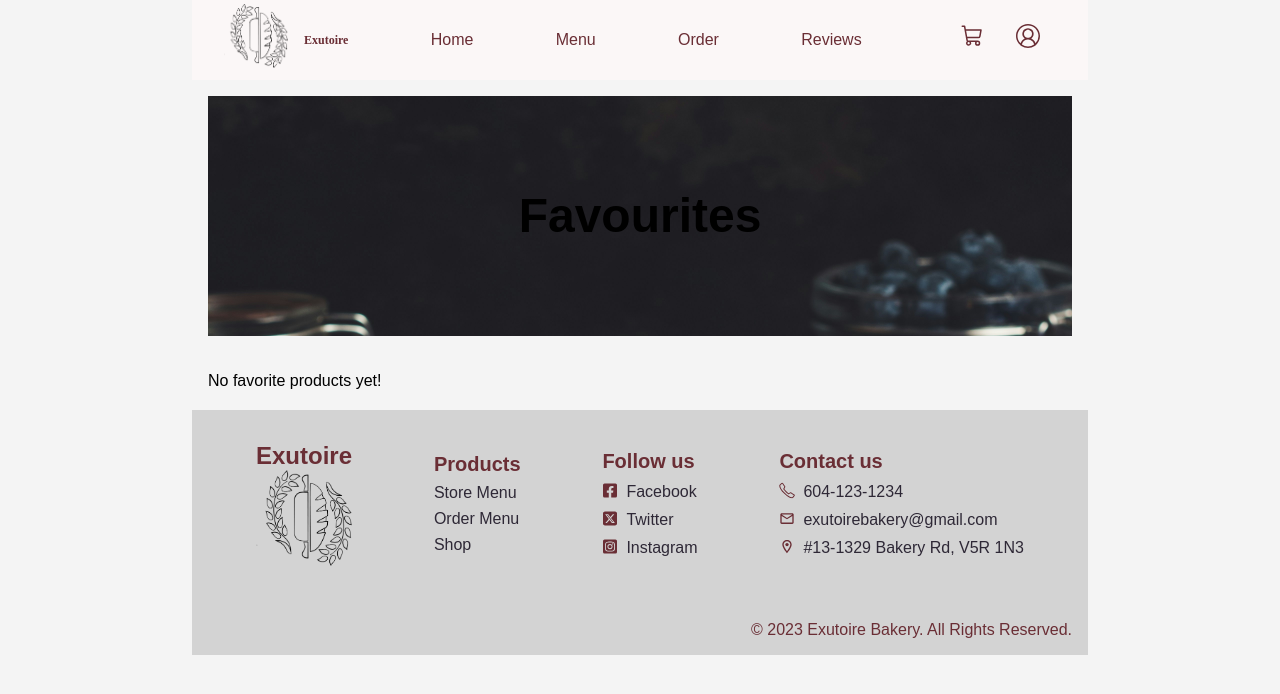
Repository: MelissaJacobi/COMP3170-final-proj
Page: /Favourites
These files come from the project's save history. The page is drawn as it stood at one moment and after the next save; the edit follows.
The browser window is 1280 px wide. The pictures show the whole page.
The project was rebuilt for these pictures with package versions that can differ from the ones it lists, and the page was loaded fresh each time. Also part of the build but not shown: vite.config.js, src/pages/ShoppingCart.module.css, src/components/ShoppingCartCard.module.css, src/components/ShoppingCartCard.jsx, src/components/OrderTotal.jsx, src/pages/ShoppingCart.jsx, src/pages/Profile.module.css, src/pages/Profile.jsx and 38 more.

Above is the page before, as saved 2024-11-11 13:55:12.

After the next save:
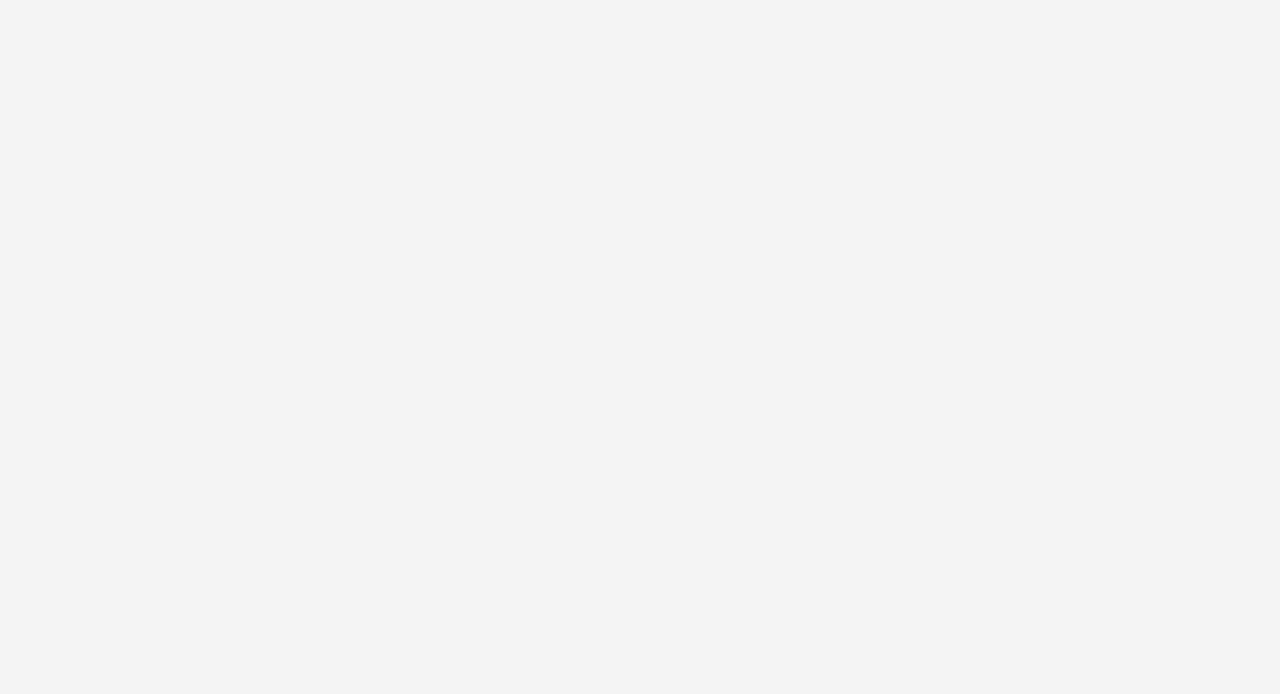
Console error: ReferenceError: useState is not defined
Saved 10 s later.
--- a/src/pages/Favourites.jsx
+++ b/src/pages/Favourites.jsx
@@ -4,7 +4,14 @@ import favouritesbanner from "../assets/images/favouritesbanner.jpg";
 
 export default function Favourites() {
     // Retrieve favorite products from localStorage
-    const favorites = JSON.parse(localStorage.getItem("favorites")) || [];
+    const [favorites, setFavorites] = useState(JSON.parse(localStorage.getItem("favorites")) || []);
+
+    // Function to remove a product from favorites
+    const removeFavorite = (index) => {
+        const updatedFavorites = favorites.filter((_, i) => i !== index);
+        localStorage.setItem("favorites", JSON.stringify(updatedFavorites));
+        setFavorites(updatedFavorites); // Update state to reflect the change
+    };
 
     return(
         <div className={styles.favouritesContainer}>
@@ -21,6 +28,8 @@ export default function Favourites() {
                             price={product.price}
                             description={product.description}
                             imageUrl={product.imageUrl}
+                            index={index}
+                            removeFavorite={removeFavorite} // Pass the remove function to the card
                         />
                     ))
                 ) : (

After the save that followed:
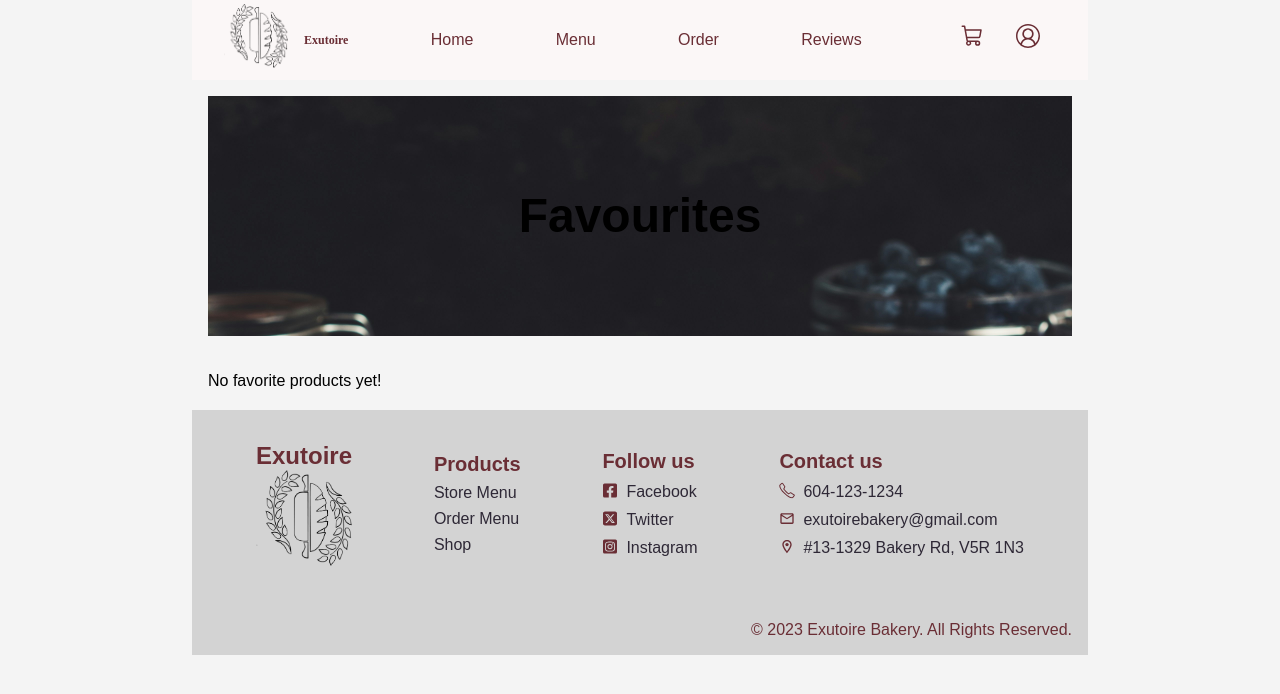
The error is gone.
Saved 35 s later.
--- a/src/pages/Favourites.jsx
+++ b/src/pages/Favourites.jsx
@@ -4,14 +4,7 @@ import favouritesbanner from "../assets/images/favouritesbanner.jpg";
 
 export default function Favourites() {
     // Retrieve favorite products from localStorage
-    const [favorites, setFavorites] = useState(JSON.parse(localStorage.getItem("favorites")) || []);
-
-    // Function to remove a product from favorites
-    const removeFavorite = (index) => {
-        const updatedFavorites = favorites.filter((_, i) => i !== index);
-        localStorage.setItem("favorites", JSON.stringify(updatedFavorites));
-        setFavorites(updatedFavorites); // Update state to reflect the change
-    };
+    const favorites = JSON.parse(localStorage.getItem("favorites")) || [];
 
     return(
         <div className={styles.favouritesContainer}>
@@ -28,8 +21,6 @@ export default function Favourites() {
                             price={product.price}
                             description={product.description}
                             imageUrl={product.imageUrl}
-                            index={index}
-                            removeFavorite={removeFavorite} // Pass the remove function to the card
                         />
                     ))
                 ) : (
